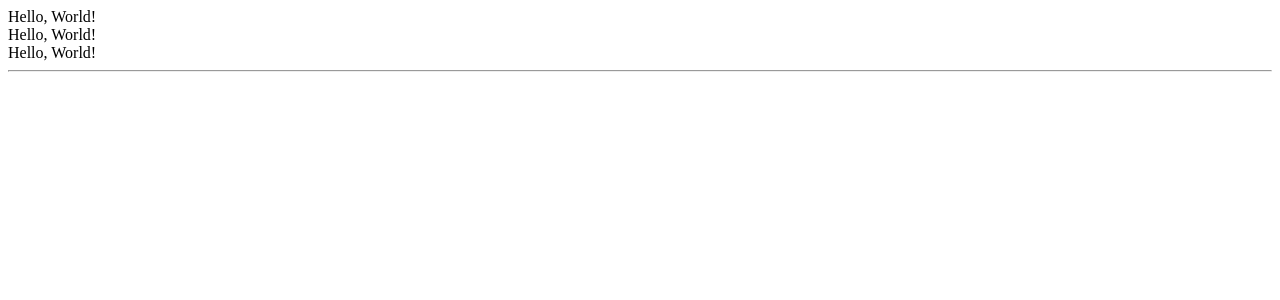
Repository: KimMinseooo/itwillStudy
Page: BACKEND/JSP/workspace_jsp/StudyJavascript/src/main/webapp/js04_1031/test10.html
An editor plug-in stored every save of this project. The page is shown before and after the next save, followed by the edit.
The browser window is 1280 px wide. The pictures show the whole page.

Above is the page before, as saved 2024-10-31 00:32:26.

### BACKEND/JSP/workspace_jsp/StudyJavascript/src/main/webapp/js04_1031/test10.html
<!DOCTYPE html>
<html>
<head>
<meta charset="UTF-8">
<title>Insert title here</title>
<script type="text/javascript">

/*
	[ 반복문 - loop ]
	- for문과 while 문(do-while)으로 나뉨
	- for문은 주로 반복횟수가 정해져 있는 경우에 사용하고
	  while문은 주로 반복 횟수가 정해져 있지 않은 경우에 사용함

	[for문]
	for (초기식(1); 조건식(2);증감식(4)) {
		// (3) 조건식 판별 결과가 true일 경우 반복 수행할 문장들....
	}

	1) 초기식: 반복 횟수를 결정하는데 사용할 변수 값을 초기화하는 코드 (변수 선언도 가능)
	2) 조건식: 반복 횟수를 결정하는데 사용되는 목표값을 지정하는 식
			=> 판별 결과가 true이면 블럭 내의 코드를 실행, false이면 for문 종료
	3) 실행문: 조건식 판별 결과가 true 일 떄 실행할 문장들을 기술
	4) 증감식: 반복 횟수를 결정하는데 사용되는 변수의 증감을 위한 식
		-> for문은 최초 1번을 한번 실행 한 후 2번 조건식을 판별하여 true일 동안
			3 -> 4 -> 2  과정을 반복 실행

	for (let i = 0; i< 10; i++) {
		console.log(i);
	}

*
*/
	for (let i=0; i<3; i++) {
		document.write("Hello, World!<br>");
	}
	document.write("<hr>");



</script>
</head>
<body>

</body>
</html>

After the next save:
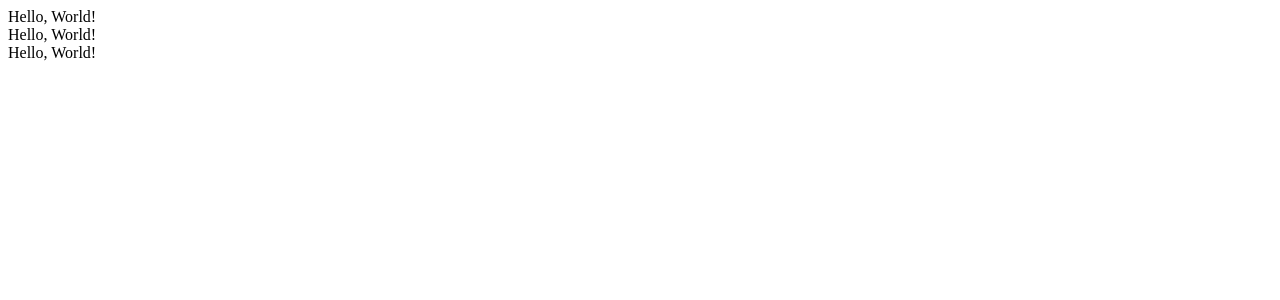
Console error: ReferenceError: i is not defined
Saved 55 s later.
--- a/BACKEND/JSP/workspace_jsp/StudyJavascript/src/main/webapp/js04_1031/test10.html
+++ b/BACKEND/JSP/workspace_jsp/StudyJavascript/src/main/webapp/js04_1031/test10.html
@@ -33,6 +33,8 @@
 	for (let i=0; i<3; i++) {
 		document.write("Hello, World!<br>");
 	}
+
+	document.write("for문 종료 후 i값 =" +i);
 	document.write("<hr>");
 
 

After the save that followed:
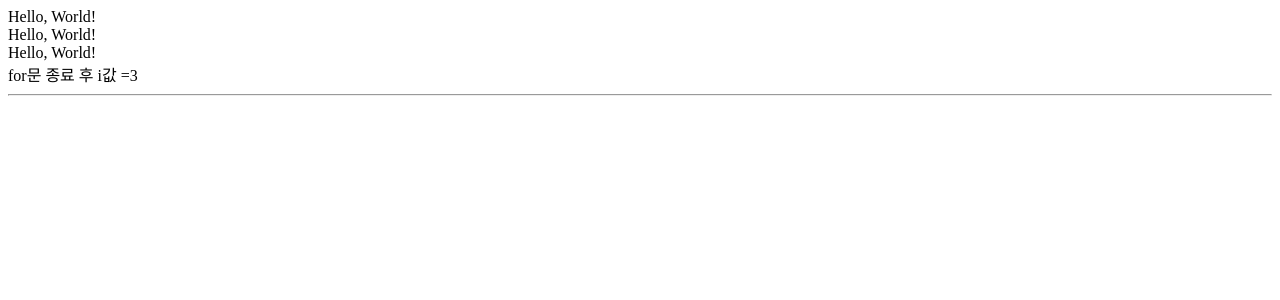
The error is gone.
Saved 40 s later.
--- a/BACKEND/JSP/workspace_jsp/StudyJavascript/src/main/webapp/js04_1031/test10.html
+++ b/BACKEND/JSP/workspace_jsp/StudyJavascript/src/main/webapp/js04_1031/test10.html
@@ -30,7 +30,7 @@
 
 *
 */
-	for (let i=0; i<3; i++) {
+	for (var i=0; i<3; i++) {
 		document.write("Hello, World!<br>");
 	}
 
